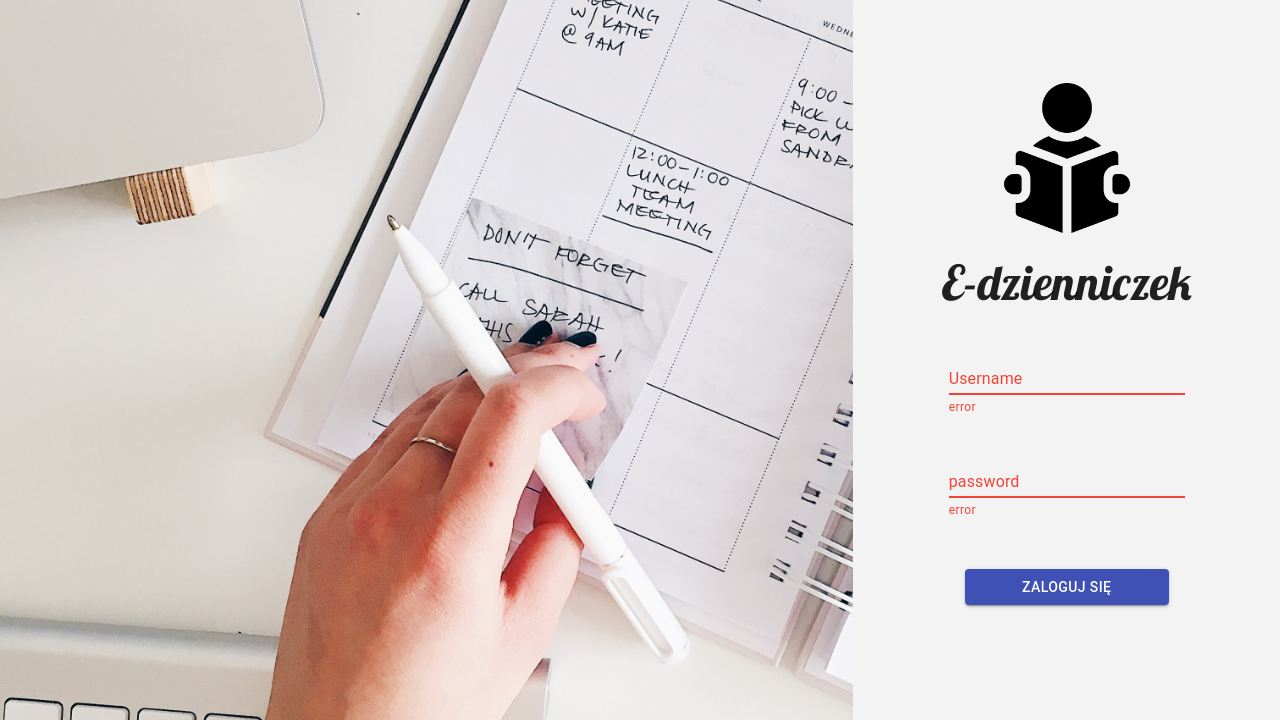
Repository: dominik3131/E-dzienniczek
Page: /
These files come from the project's save history. The page is drawn as it stood at one moment and after the next save; the edit follows.
The browser window is 1280 px wide. The pictures show the whole page.
The project was rebuilt for these pictures with package versions that can differ from the ones it lists, and the page was loaded fresh each time.

Above is the page before, as saved 2020-11-17 14:00:02.

After the next save:
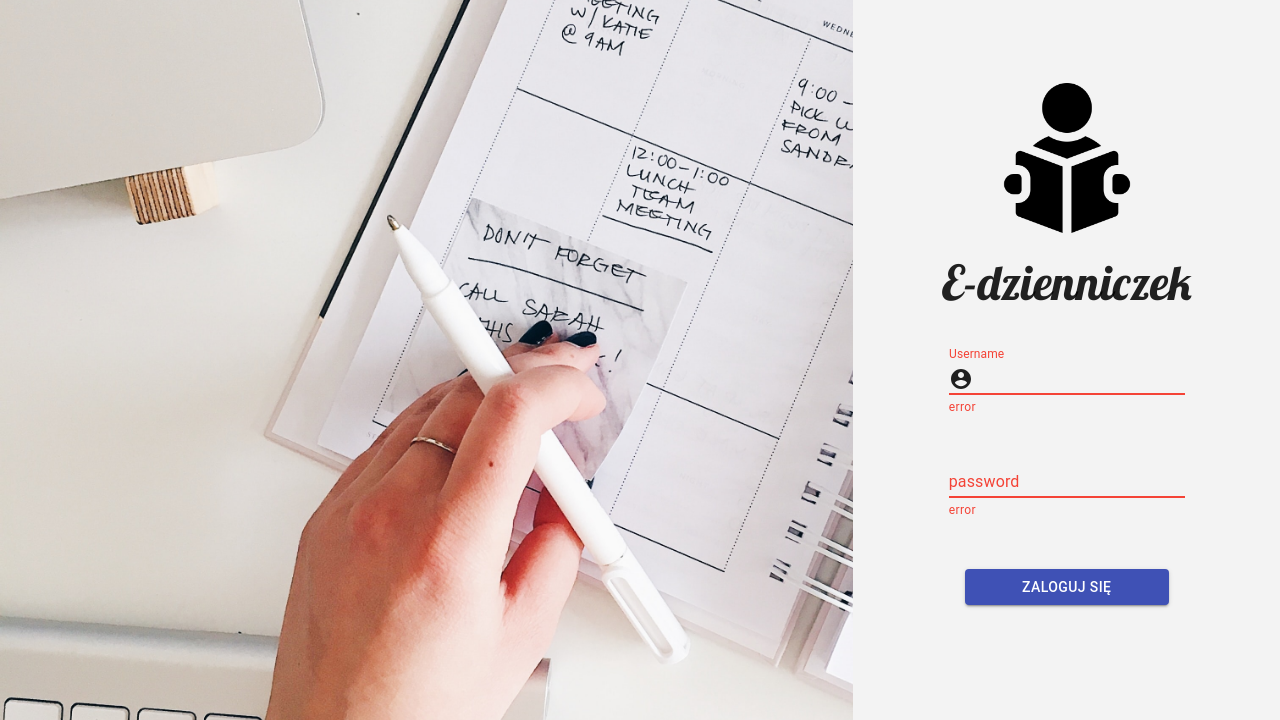
Saved 6 min 44 s later.
--- a/src/components/LoginForm/LoginForm.js
+++ b/src/components/LoginForm/LoginForm.js
@@ -42,11 +42,13 @@ const LoginForm = (props) => {
         helperText="error"
         error={data.username.length === 0 ? "podany email nie istnieje" : null}
         label="Username"
-        startAdornment={
-          <InputAdornment position="start">
-            <AccountCircle />
-          </InputAdornment>
-        }
+        InputProps={{
+          startAdornment: (
+            <InputAdornment position="start">
+              <AccountCircle />
+            </InputAdornment>
+          ),
+        }}
         onChange={handleChange}
       />
       {/* </FormControl> */}
